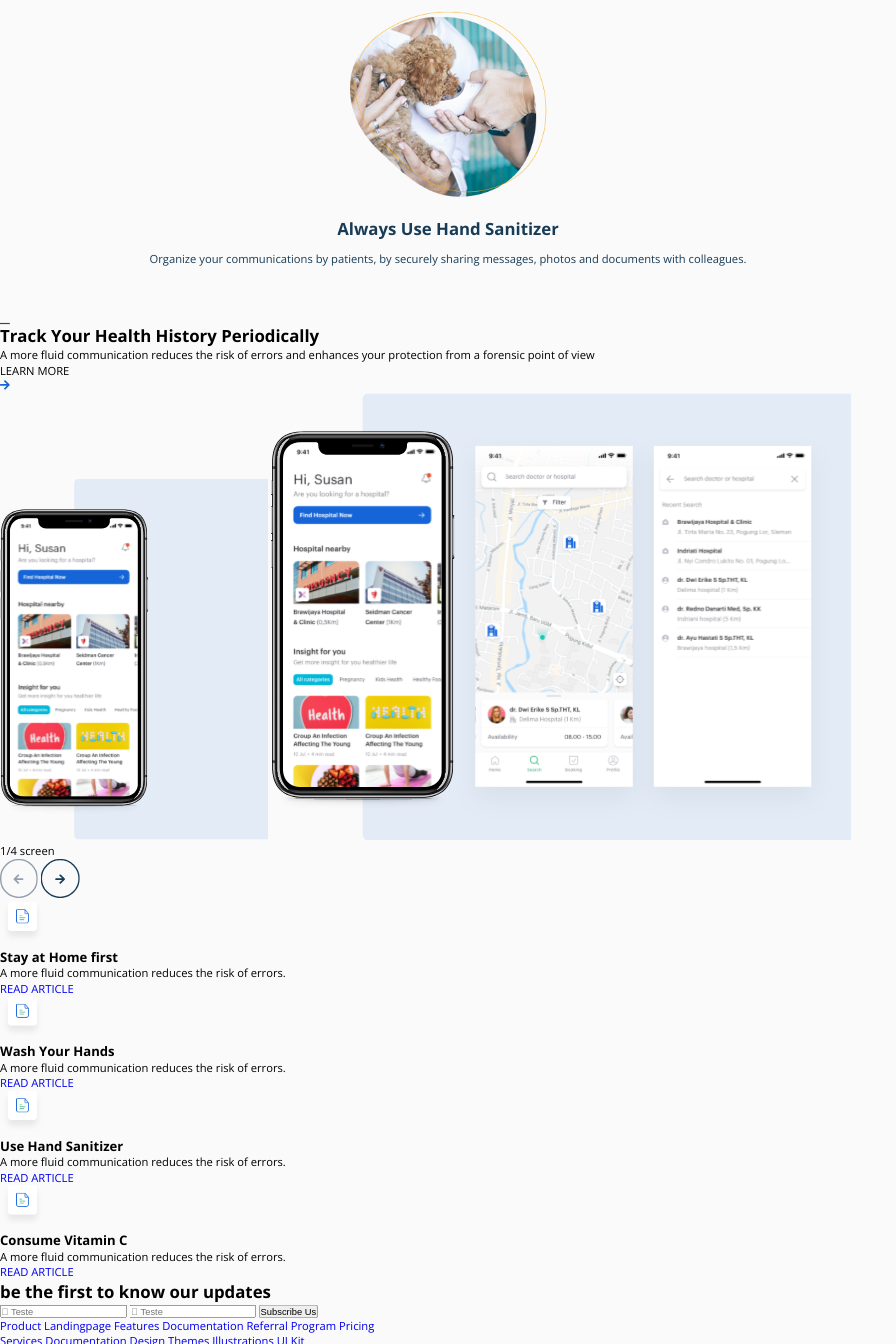
Repository: Esttevo/prova-html-css
Page: index.html
These files come from the project's save history. The page is drawn as it stood at one moment and after the next save; the edit follows.
The browser window is 1280 px wide. The pictures show the part of the page from y = 4580 to 6500 px (the page is 6651 px tall before and 7172 px after), at 70% of full size.
A picture or video elsewhere on the page could not be fetched, so the positions and the page height are approximate.

Above is the page before, as saved 2026-09-01 15:01:48.

After the next save:
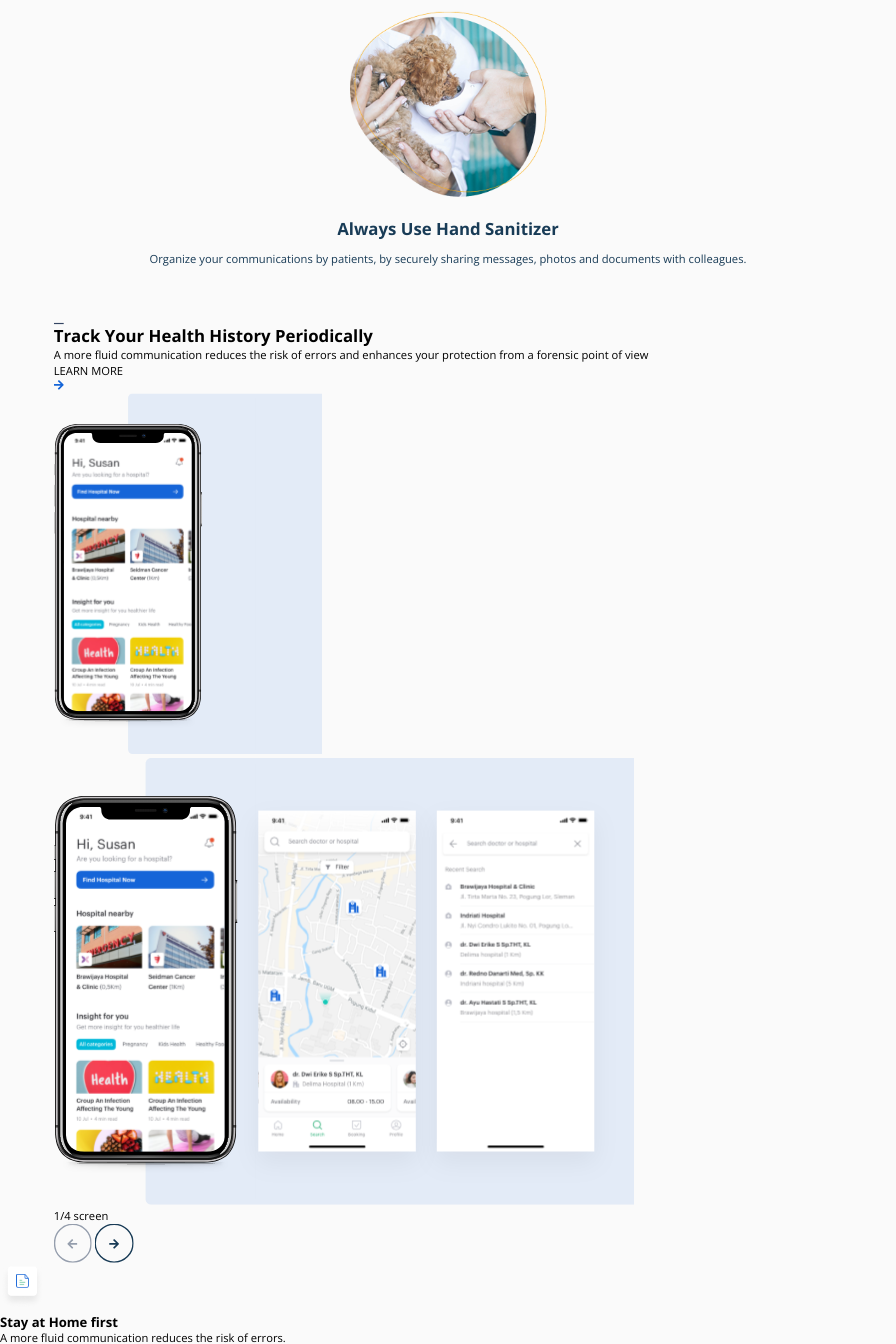
Saved 32 s later.
--- a/style.css
+++ b/style.css
@@ -279,5 +279,5 @@ header {
 }
 
 #section-health {
-    padding: ;
-}
+    padding: 0 clamp(1.25rem, 6vw, 9rem);
+}
